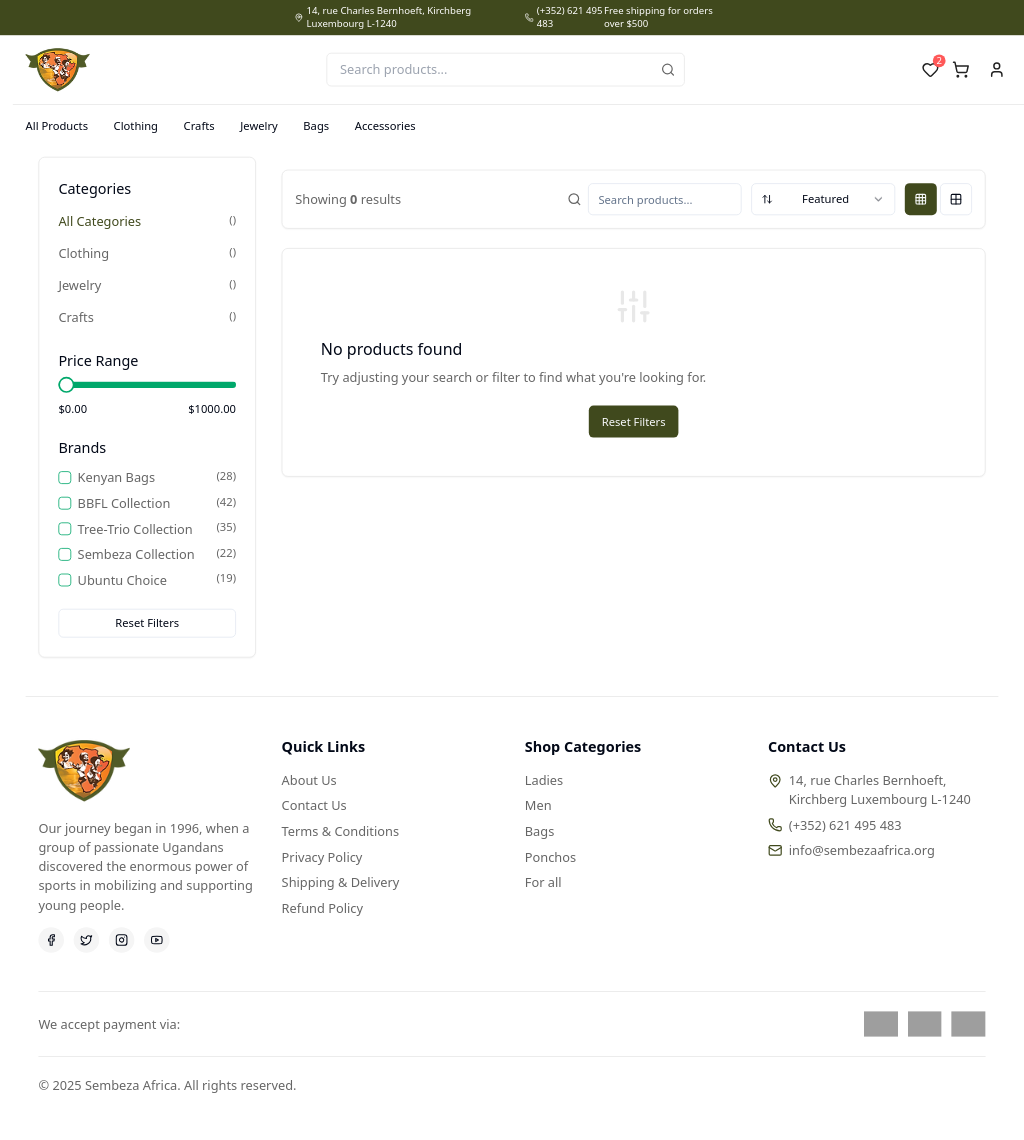
Repository: kaizoku010/smashop
Page: /shop
An editor plug-in stored every save of this project. The page is shown before and after the next save, followed by the edit.
The browser window is 1280 px wide. The pictures show the whole page, at 80% of full size.
Pictures or frames that could not be fetched are drawn as grey boxes. The page's requests for data from a server got no answer. The project was rebuilt for these pictures with package versions that can differ from the ones it lists, and the page was loaded fresh each time. No one was signed in, and anything a server would have sent is missing. Also part of the build but not shown: vite.config.ts, src/components/ui/tooltip.tsx, src/components/hero.css, src/components/Hero.tsx, src/components/ProductCard.tsx, src/components/DealOfMonth.tsx, src/components/Categories.tsx, src/components/EditorsPicks.tsx and 18 more.

Above is the page before, as saved 2025-03-27 17:41:55.

### index.html
<!DOCTYPE html>
<html lang="en">
  <head>
    <meta charset="UTF-8" />
    <link rel="icon" type="image/png" sizes="32x32" href="/media/logo.png">
    <link rel="icon" type="image/png" sizes="16x16" href="/media/logo.png">
    <link rel="apple-touch-icon" sizes="180x180" href="/media/logo.png">
    <link rel="manifest" href="/site.webmanifest">
    <meta name="viewport" content="width=device-width, initial-scale=1.0" />
    <title>Sembeza Africa Store</title>
    <meta name="description" content="Sembeza Africa Stores" />
    <meta name="author" content="mdixon" />

    <meta property="og:title" content="Sembeza Africa Stores"/>
    <meta property="og:description" content="Sembeza Africa Stores"/>
    <meta property="og:type" content="website" />
    <meta property="og:image" content="/media/logo.png" />
  </head>

  <body>
    <div id="root"></div>
    <script type="module" src="/src/main.tsx"></script>
  </body>
</html>

### src/App.tsx

import { Toaster } from "@/components/ui/toaster";
import { Toaster as Sonner } from "@/components/ui/sonner";
import { TooltipProvider } from "@/components/ui/tooltip";
import { QueryClient, QueryClientProvider } from "@tanstack/react-query";
import { BrowserRouter, Routes, Route } from "react-router-dom";
import Index from "./pages/Index";
import UserProfile from "./pages/UserProfile";
import SignIn from "./pages/SignIn";
import SignUp from "./pages/SignUp";
import Shop from "./pages/Shop";
import Product from "./pages/Product";
import Cart from "./pages/Cart";
import NotFound from "./pages/NotFound";
import "./overload.css"
import "./mobile.css"
import "./index.css"
import "./App.css"
import { ProductProvider } from "./contexts/ProductContext";
import { OrderProvider } from "./contexts/OrderContext";
import { CartProvider } from "./contexts/CartContext";

const queryClient = new QueryClient();

const App = () => (
  <QueryClientProvider client={queryClient}>
    <TooltipProvider>
      <Toaster />
      <Sonner />
      <BrowserRouter>
      <ProductProvider>
              <OrderProvider>
                <CartProvider>
        <Routes>
          <Route path="/" element={<Index />} />
          <Route path="/profile" element={<UserProfile />} />
          <Route path="/sign-in" element={<SignIn />} />
          <Route path="/sign-up" element={<SignUp />} />
          <Route path="/shop" element={<Shop />} />
          <Route path="/product/:id" element={<Product />} />
          <Route path="/cart" element={<Cart />} />
          <Route path="*" element={<NotFound />} />
        </Routes>
        </CartProvider>
              </OrderProvider>
            </ProductProvider>
      </BrowserRouter>
    </TooltipProvider>
  </QueryClientProvider>
);

export default App;

### src/components/ui/toaster.tsx
import { useToast } from "@/hooks/use-toast"
import {
  Toast,
  ToastClose,
  ToastDescription,
  ToastProvider,
  ToastTitle,
  ToastViewport,
} from "@/components/ui/toast"

export function Toaster() {
  const { toasts } = useToast()

  return (
    <ToastProvider>
      {toasts.map(function ({ id, title, description, action, ...props }) {
        return (
          <Toast key={id} {...props}>
            <div className="grid gap-1">
              {title && <ToastTitle>{title}</ToastTitle>}
              {description && (
                <ToastDescription>{description}</ToastDescription>
              )}
            </div>
            {action}
            <ToastClose />
          </Toast>
        )
      })}
      <ToastViewport />
    </ToastProvider>
  )
}

### src/components/ui/sonner.tsx
import { useTheme } from "next-themes"
import { Toaster as Sonner } from "sonner"

type ToasterProps = React.ComponentProps<typeof Sonner>

const Toaster = ({ ...props }: ToasterProps) => {
  const { theme = "system" } = useTheme()

  return (
    <Sonner
      theme={theme as ToasterProps["theme"]}
      className="toaster group"
      toastOptions={{
        classNames: {
          toast:
            "group toast group-[.toaster]:bg-background group-[.toaster]:text-foreground group-[.toaster]:border-border group-[.toaster]:shadow-lg",
          description: "group-[.toast]:text-muted-foreground",
          actionButton:
            "group-[.toast]:bg-primary group-[.toast]:text-primary-foreground",
          cancelButton:
            "group-[.toast]:bg-muted group-[.toast]:text-muted-foreground",
        },
      }}
      {...props}
    />
  )
}

export { Toaster }

### src/overload.css

/* this css here acts as a way for u to over load the existing css without spoiling design ! */

#mdx-section{

height: 30rem !important;
}

#white{
    color: white !important;
}

#btn-green{
    background-color: white !important;
    color: rgb(64 73 29 / var(--tw-bg-opacity, 1));
}

#btn-green:hover{
color: white !important;
   background-color:  rgb(64 73 29 / var(--tw-bg-opacity, 1)) !important;
}

#spacer{
    width: 2rem;
}

#text-cut{
    color: white !important;
width: 30rem;
}

#green-bg{
    /* background-color: red !important; */
    background-image: url("./media/bg.jpg") !important;
    background-size: cover;
    background-repeat: no-repeat;
}

#bgColor{
    background-color: red;
}


#editor-picks-image{
height: 16rem !important;
}

#barefoot:hover{
color: white;
}

#raga{
    height: 26rem !important;
}

#raga-text{
    width: 38rem;
    text-align: justify;
    margin-bottom: 1rem;
}

/* .faq-qsn{
    color: white !important;
} */

.faq-answer{

    background-color: rgba(128, 128, 128, 0.237);
}

.login-page{
    display: flex;
    height: 100vh;
}

#login-form-section{
    width: 30%;
    align-content: center;
}

.login-page-side-a{
    width: 70%;
    background-size: cover;
    background-position: bottom;
    background-image: url("./media/king.jpg");
}

.login-logo{
    margin-bottom: 1rem;
    justify-self: center;
}

#back-btn{
    background-color: #f47a21 !important;
    margin-top: .5rem !important;
}

#orange-btn-hero{
    background-color: #f5823d !important;
}

#orange-btn-hero:hover{
    background-color: rgb(80 90 40) !important;

}

#reg-image-section{
    background-image: url("./media/ng2.jpg");
    height: 100%;
    color: white;
    padding-left: 1rem;
    padding-top: 1rem ;
    background-position: center;
    background-size: cover;
    width: 70%;
}

#reg-section{
    overflow-y: visible;
    width: 35%;
    padding: 0rem 2rem;
}

#leftie{
    text-align: left !important;
}

#reg-page{
    background-color: white;
    display: flex;
    overflow-y: hidden;
    height: 100vh;
}
#product-page{
margin-top: 5rem;
}
#back-home {
    display: flex;
    justify-content: center;
    padding: .4rem 0;
    align-items: center;
    color: white;
    margin-top: .5rem;
    border-radius: 7px;
    background-color: #f47a21;
}


#back-home:hover{
    background-color:rgb(64 73 29 / var(--tw-bg-opacity, 1));
}

#sb-logo {
    width: 5rem;
    margin-left: 1rem;
}

#shop-categories{
    margin-left: 1rem;
}

#margin-lr{
    padding: 5rem 1rem;
}

#back-home-link{
    display: flex;
    width: fit-content;
    background: #0000005c;
    align-items: center;
    padding: .5rem;
    border-radius: 10px;
}


#back-home-link:hover{
    background-color: white;
    color: rgb(64 73 29 / var(--tw-bg-opacity, 1));
}

/* main{
    margin: 0px 1rem;
} */


#footer-slice a span li{
font-size: small !important;
}

#shop-main{
    margin-top: 4rem;
}

#product-slider img{
    width:11rem !important;

}


#product-page{
    margin-top: 10rem;
}

#fab{
    color: white;
}

#spacer{
    height: 1rem;
}

### src/mobile.css
@media (max-width: 768px) {
p{
  font-size: small;
}

  #sb-logo {
    width: 4rem;
    height: 3rem !important;
  }

  #hero-section {
    padding-top: 4.5rem;
    margin-top: 4.5rem;
  }

#footer-image{
  width: 4rem;
}



  #top-bar span{
    font-size: 0.6rem;
  }

  #hero-title{
         line-height: 1;
         font-size: 1.5em;
  }

  #sembeza-green{
    background-image: url("./media/king.jpg");
    place-content: center;
  }

#mobile-drawer-logo{
  width: 5rem;
  height: 20%;
}

.btn-secondary{
  font-size: small !important;
}

#btn-green {
  font-size: small;
}


#shop-now-btn{
  font-size: small;
}


#barefoot{
  font-size: small;
}

  #orange-btn-hero {
    font-size: small;
    background-color: #f5823d !important;
}

  #text-cut {
    color: white !important;
    width: 100%;
}

#mdx-section {
  margin-top: 1rem;
  height: 30rem !important;
}

.login-page {
  display: flex;
  flex-direction: column;
  height: 100vh;
}
.login-page-side-a {
  display: none;
}

#raga-text {
  width: 100%;
  text-align: left;
  line-height: 1.4;
  margin-bottom: 1rem;
}

#login-form-section {
  width: 100%;
  height: 100%;
  padding-left: 3rem;
  padding-right: 3rem;
  align-content: center;
}
.login-logo {
  width: 6rem;
}

#reg-page{
  flex-direction: column;
  overflow-y: visible;
}

#reg-image-section{
  display: none;
}

#reg-section {
  width: 100%;
  padding: 0rem 1rem;
}
#hero-subtitle{
  font-size: small;
}

#top-bar{
  padding: .8rem 0px;
}

#map-pin{
  display: none;
}

}

### src/App.css
#root {
  max-width: 1280px;
  margin: 0 auto;
  padding: 2rem;
  text-align: center;
}

*{
  text-align: left;
}

.logo {
  height: 6em;
  padding: 1.5em;
  will-change: filter;
  transition: filter 300ms;
}
.logo:hover {
  filter: drop-shadow(0 0 2em #646cffaa);
}
.logo.react:hover {
  filter: drop-shadow(0 0 2em #61dafbaa);
}

#sidebar{
  margin-top: 3rem;
}

@keyframes logo-spin {
  from {
    transform: rotate(0deg);
  }
  to {
    transform: rotate(360deg);
  }
}

@media (prefers-reduced-motion: no-preference) {
  a:nth-of-type(2) .logo {
    animation: logo-spin infinite 20s linear;
  }
}

.card {
  padding: 2em;
}

.read-the-docs {
  color: #888;
}

### src/contexts/ProductContext.tsx
import { createContext, useContext, useState, useCallback, ReactNode, useEffect } from 'react';
import { productService } from '../services/api';
import { toast } from 'sonner';
import type { Product } from '../services/api';


interface ProductContextType {
  products: Product[];
  isLoading: boolean;
  error: string | null;
  fetchProducts: () => Promise<void>;
}

const ProductContext = createContext<ProductContextType | undefined>(undefined);

export function ProductProvider({ children }: { children: ReactNode }) {
  const [products, setProducts] = useState<Product[]>([]);
  const [isLoading, setIsLoading] = useState(false);
  const [error, setError] = useState<string | null>(null);

  const fetchProducts = useCallback(async () => {
    setIsLoading(true);
    setError(null);
    try {
      const data = await productService.getAll();
      console.log('Raw API response:', data); // Debug log
      setProducts(Array.isArray(data) ? data : []);
      console.log('Set products:', products); // Debug log
    } catch (err) {
      const message = err instanceof Error ? err.message : 'Failed to fetch products';
      setError(message);
      toast.error('Unable to fetch products. Please try again later.');
    } finally {
      setIsLoading(false);
    }
  }, []);

  useEffect(() => {
    fetchProducts();
  }, [fetchProducts]);

  return (
    <ProductContext.Provider value={{
      products,
      isLoading,
      error,
      fetchProducts
    }}>
      {children}
    </ProductContext.Provider>
  );
}

export const useProducts = () => {
  const context = useContext(ProductContext);
  if (context === undefined) {
    throw new Error('useProducts must be used within a ProductProvider');
  }
  return context;
};

### src/contexts/OrderContext.tsx
import { createContext, useContext, useState, useCallback, ReactNode } from 'react';
import { orderService } from '../services/api';
import { toast } from 'sonner';
import type { Order } from '../types/api';

interface OrderContextType {
  orders: Order[];
  isLoading: boolean;
  error: string | null;
  fetchOrders: () => Promise<void>;
  createOrder: (data: Omit<Order, 'id' | 'createdAt' | 'updatedAt'>) => Promise<void>;
  updateOrder: (id: string, data: Partial<Order>) => Promise<void>;
}

const OrderContext = createContext<OrderContextType | undefined>(undefined);

export function OrderProvider({ children }: { children: ReactNode }) {
  const [orders, setOrders] = useState<Order[]>([]);
  const [isLoading, setIsLoading] = useState(false);
  const [error, setError] = useState<string | null>(null);

  const fetchOrders = useCallback(async () => {
    setIsLoading(true);
    setError(null);
    try {
      const response = await orderService.getAll();
      setOrders(response.data);
    } catch (err) {
      const message = err instanceof Error ? err.message : 'Failed to fetch orders';
      setError(message);
      toast.error(message);
    } finally {
      setIsLoading(false);
    }
  }, []);

  const createOrder = async (data: Omit<Order, 'id' | 'createdAt' | 'updatedAt'>) => {
    setIsLoading(true);
    try {
      const response = await orderService.create(data);
      setOrders(prev => [...prev, response.data]);
      toast.success('Order created successfully');
    } catch (err) {
      const message = err instanceof Error ? err.message : 'Failed to create order';
      toast.error(message);
      throw err;
    } finally {
      setIsLoading(false);
    }
  };

  const updateOrder = async (id: string, data: Partial<Order>) => {
    setIsLoading(true);
    try {
      const response = await orderService.update(id, data);
      setOrders(prev => prev.map(o => o.id === id ? response.data : o));
      toast.success('Order updated successfully');
    } catch (err) {
      const message = err instanceof Error ? err.message : 'Failed to update order';
      toast.error(message);
      throw err;
    } finally {
      setIsLoading(false);
    }
  };

  return (
    <OrderContext.Provider value={{
      orders,
      isLoading,
      error,
      fetchOrders,
      createOrder,
      updateOrder
    }}>
      {children}
    </OrderContext.Provider>
  );
}

export const useOrders = () => {
  const context = useContext(OrderContext);
  if (context === undefined) {
    throw new Error('useOrders must be used within an OrderProvider');
  }
  return context;
};

### src/contexts/CartContext.tsx
import { createContext, useContext, useState, useEffect } from 'react';

interface CartItem {
  _id: string;
  name: string;
  price: number;
  quantity: number;
  image: string;
  category: string;
}

interface CartContextType {
  cartItems: CartItem[];
  addItem: (product: any, quantity: number) => void;
  updateQuantity: (id: string, quantity: number) => void;
  removeItem: (id: string) => void;
}

const CART_STORAGE_KEY = 'xstore-cart-items';

const CartContext = createContext<CartContextType | undefined>(undefined);

export const CartProvider = ({ children }: { children: React.ReactNode }) => {
  // Initialize state from localStorage
  const [cartItems, setCartItems] = useState<CartItem[]>(() => {
    const savedCart = localStorage.getItem(CART_STORAGE_KEY);
    return savedCart ? JSON.parse(savedCart) : [];
  });

  // Save to localStorage whenever cart changes
  useEffect(() => {
    localStorage.setItem(CART_STORAGE_KEY, JSON.stringify(cartItems));
  }, [cartItems]);

  const addItem = (product: any, quantity: number) => {
    setCartItems(prev => {
      const existingItem = prev.find(item => item._id === product._id);

      if (existingItem) {
        return prev.map(item =>
          item._id === product._id
            ? { ...item, quantity: item.quantity + quantity }
            : item
        );
      }

      return [...prev, {
        _id: product._id,
        name: product.name,
        price: product.price,
        quantity: quantity,
        image: product.image,
        category: product.category
      }];
    });
  };

  const updateQuantity = (id: string, quantity: number) => {
    setCartItems(prev =>
      prev.map(item =>
        item._id === id ? { ...item, quantity } : item
      )
    );
  };

  const removeItem = (id: string) => {
    setCartItems(prev => prev.filter(item => item._id !== id));
  };

  return (
    <CartContext.Provider value={{ cartItems, addItem, updateQuantity, removeItem }}>
      {children}
    </CartContext.Provider>
  );
};

export const useCart = () => {
  const context = useContext(CartContext);
  if (context === undefined) {
    throw new Error('useCart must be used within a CartProvider');
  }
  return context;
};

### src/components/ui/button.tsx
import * as React from "react"
import { Slot } from "@radix-ui/react-slot"
import { cva, type VariantProps } from "class-variance-authority"

import { cn } from "@/lib/utils"

const buttonVariants = cva(
  "inline-flex items-center justify-center gap-2 whitespace-nowrap rounded-md text-sm font-medium ring-offset-background transition-colors focus-visible:outline-none focus-visible:ring-2 focus-visible:ring-ring focus-visible:ring-offset-2 disabled:pointer-events-none disabled:opacity-50 [&_svg]:pointer-events-none [&_svg]:size-4 [&_svg]:shrink-0",
  {
    variants: {
      variant: {
        default: "bg-primary text-primary-foreground hover:bg-primary/90",
        destructive:
          "bg-destructive text-destructive-foreground hover:bg-destructive/90",
        outline:
          "border border-input bg-background hover:bg-accent hover:text-accent-foreground",
        secondary:
          "bg-secondary text-secondary-foreground hover:bg-secondary/80",
        ghost: "hover:bg-accent hover:text-accent-foreground",
        link: "text-primary underline-offset-4 hover:underline",
      },
      size: {
        default: "h-10 px-4 py-2",
        sm: "h-9 rounded-md px-3",
        lg: "h-11 rounded-md px-8",
        icon: "h-10 w-10",
      },
    },
    defaultVariants: {
      variant: "default",
      size: "default",
    },
  }
)

export interface ButtonProps
  extends React.ButtonHTMLAttributes<HTMLButtonElement>,
    VariantProps<typeof buttonVariants> {
  asChild?: boolean
}

const Button = React.forwardRef<HTMLButtonElement, ButtonProps>(
  ({ className, variant, size, asChild = false, ...props }, ref) => {
    const Comp = asChild ? Slot : "button"
    return (
      <Comp
        className={cn(buttonVariants({ variant, size, className }))}
        ref={ref}
        {...props}
      />
    )
  }
)
Button.displayName = "Button"

export { Button, buttonVariants }

### src/components/ui/input.tsx
import * as React from "react"

import { cn } from "@/lib/utils"

const Input = React.forwardRef<HTMLInputElement, React.ComponentProps<"input">>(
  ({ className, type, ...props }, ref) => {
    return (
      <input
        type={type}
        className={cn(
          "flex h-10 w-full rounded-md border border-input bg-background px-3 py-2 text-base ring-offset-background file:border-0 file:bg-transparent file:text-sm file:font-medium file:text-foreground placeholder:text-muted-foreground focus-visible:outline-none focus-visible:ring-2 focus-visible:ring-ring focus-visible:ring-offset-2 disabled:cursor-not-allowed disabled:opacity-50 md:text-sm",
          className
        )}
        ref={ref}
        {...props}
      />
    )
  }
)
Input.displayName = "Input"

export { Input }

### src/components/ui/slider.tsx
import * as React from "react"
import * as SliderPrimitive from "@radix-ui/react-slider"

import { cn } from "@/lib/utils"

const Slider = React.forwardRef<
  React.ElementRef<typeof SliderPrimitive.Root>,
  React.ComponentPropsWithoutRef<typeof SliderPrimitive.Root>
>(({ className, ...props }, ref) => (
  <SliderPrimitive.Root
    ref={ref}
    className={cn(
      "relative flex w-full touch-none select-none items-center",
      className
    )}
    {...props}
  >
    <SliderPrimitive.Track className="relative h-2 w-full grow overflow-hidden rounded-full bg-secondary">
      <SliderPrimitive.Range className="absolute h-full bg-primary" />
    </SliderPrimitive.Track>
    <SliderPrimitive.Thumb className="block h-5 w-5 rounded-full border-2 border-primary bg-background ring-offset-background transition-colors focus-visible:outline-none focus-visible:ring-2 focus-visible:ring-ring focus-visible:ring-offset-2 disabled:pointer-events-none disabled:opacity-50" />
  </SliderPrimitive.Root>
))
Slider.displayName = SliderPrimitive.Root.displayName

export { Slider }

### src/components/ui/checkbox.tsx
import * as React from "react"
import * as CheckboxPrimitive from "@radix-ui/react-checkbox"
import { Check } from "lucide-react"

import { cn } from "@/lib/utils"

const Checkbox = React.forwardRef<
  React.ElementRef<typeof CheckboxPrimitive.Root>,
  React.ComponentPropsWithoutRef<typeof CheckboxPrimitive.Root>
>(({ className, ...props }, ref) => (
  <CheckboxPrimitive.Root
    ref={ref}
    className={cn(
      "peer h-4 w-4 shrink-0 rounded-sm border border-primary ring-offset-background focus-visible:outline-none focus-visible:ring-2 focus-visible:ring-ring focus-visible:ring-offset-2 disabled:cursor-not-allowed disabled:opacity-50 data-[state=checked]:bg-primary data-[state=checked]:text-primary-foreground",
      className
    )}
    {...props}
  >
    <CheckboxPrimitive.Indicator
      className={cn("flex items-center justify-center text-current")}
    >
      <Check className="h-4 w-4" />
    </CheckboxPrimitive.Indicator>
  </CheckboxPrimitive.Root>
))
Checkbox.displayName = CheckboxPrimitive.Root.displayName

export { Checkbox }

### src/services/api.ts
import axios from 'axios';

const BASE_URL = 'https://smserver-kdya.onrender.com/api';

export const api = axios.create({
  baseURL: BASE_URL,
  headers: {
    'Content-Type': 'application/json',
  },
});

export const productService = {
  getAll: async () => {
    const response = await api.get('/products');
    return response.data;
  },

  getById: async (id: string) => {
    const response = await api.get(`/products/${id}`);
    return response.data;
  },

  create: async (data: any) => {
    const response = await api.post('/products', data);
    return response;
  },
};


export interface Product {
  _id: string;  // Changed from 'id' to '_id' to match API
  name: string;
  description: string;
  price: number;
  image: string;
  category: string;
  stock: number;
  reviews: number;
  createdAt: string;
  updatedAt: string;
  __v: number;
}

export const orderService = {
  getAll: async () => {
    const response = await api.get('/orders');
    return response;
  },

  create: async (data: any) => {
    const response = await api.post('/orders', data);
    return response;
  },

  update: async (id: string, data: any) => {
    const response = await api.put(`/orders/${id}`, data);
    return response;
  },

  delete: async (id: string) => {
    return await api.delete(`/orders/${id}`);
  }
};

Loaded but not shown: src/main.tsx (common file); src/hooks/use-toast.ts (common file); src/lib/utils.ts (common file); src/hooks/use-mobile.tsx (common file); src/pages/Shop.tsx (419 lines, source omitted); src/components/Navbar.tsx (171 lines, source omitted); src/components/Footer.tsx (104 lines, source omitted); src/components/ui/select.tsx (158 lines, source omitted); src/components/ui/toast.tsx (127 lines, source omitted); src/index.css (198 lines, source omitted); src/components/UserMenu.tsx (96 lines, source omitted); tailwind.config.ts (126 lines, source omitted)

After the next save:
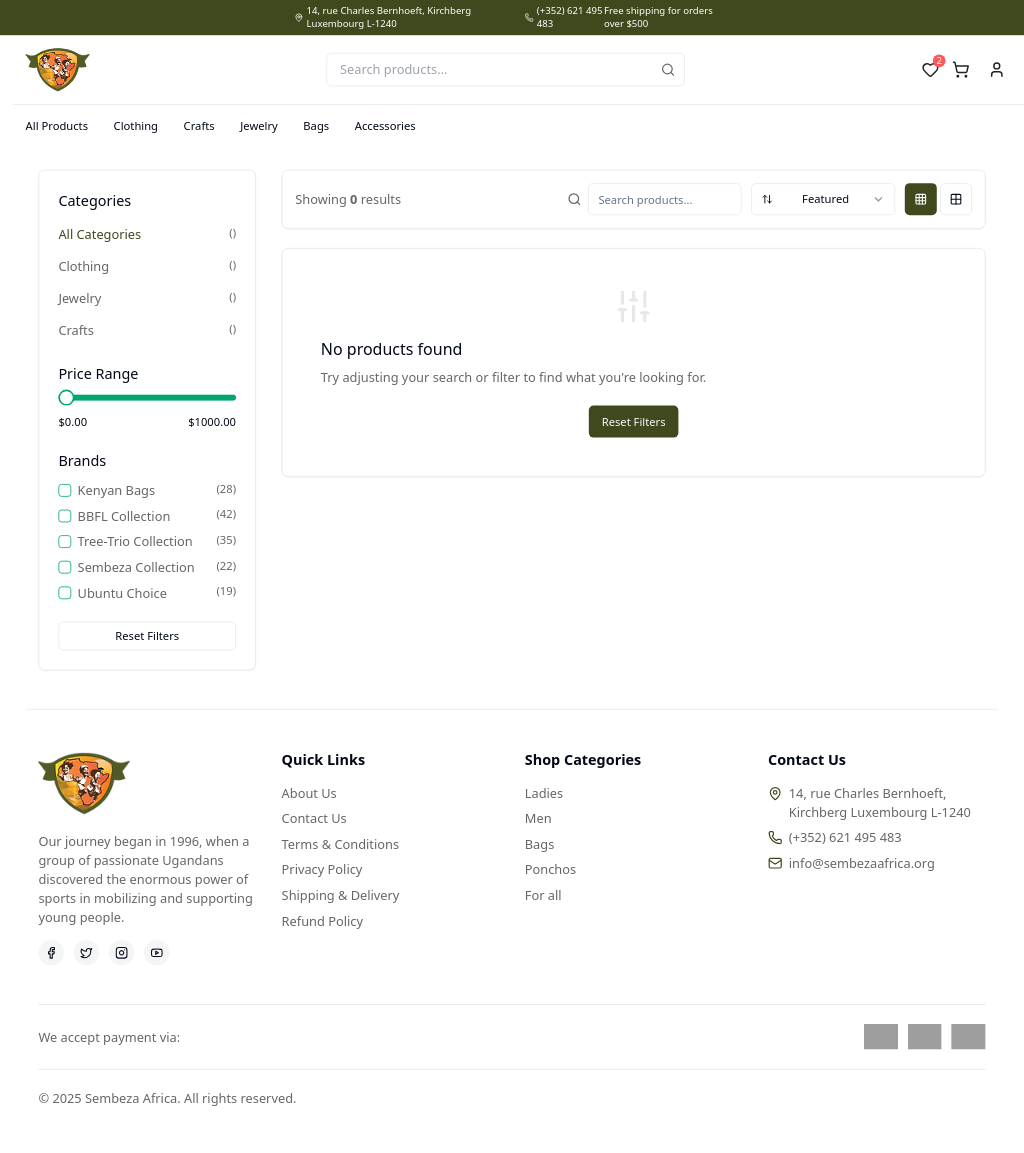
Saved 6 s later.
--- a/src/App.css
+++ b/src/App.css
@@ -23,7 +23,7 @@
 }
 
 #sidebar{
-  margin-top: 3rem;
+  margin-top: 4rem;
 }
 
 @keyframes logo-spin {
